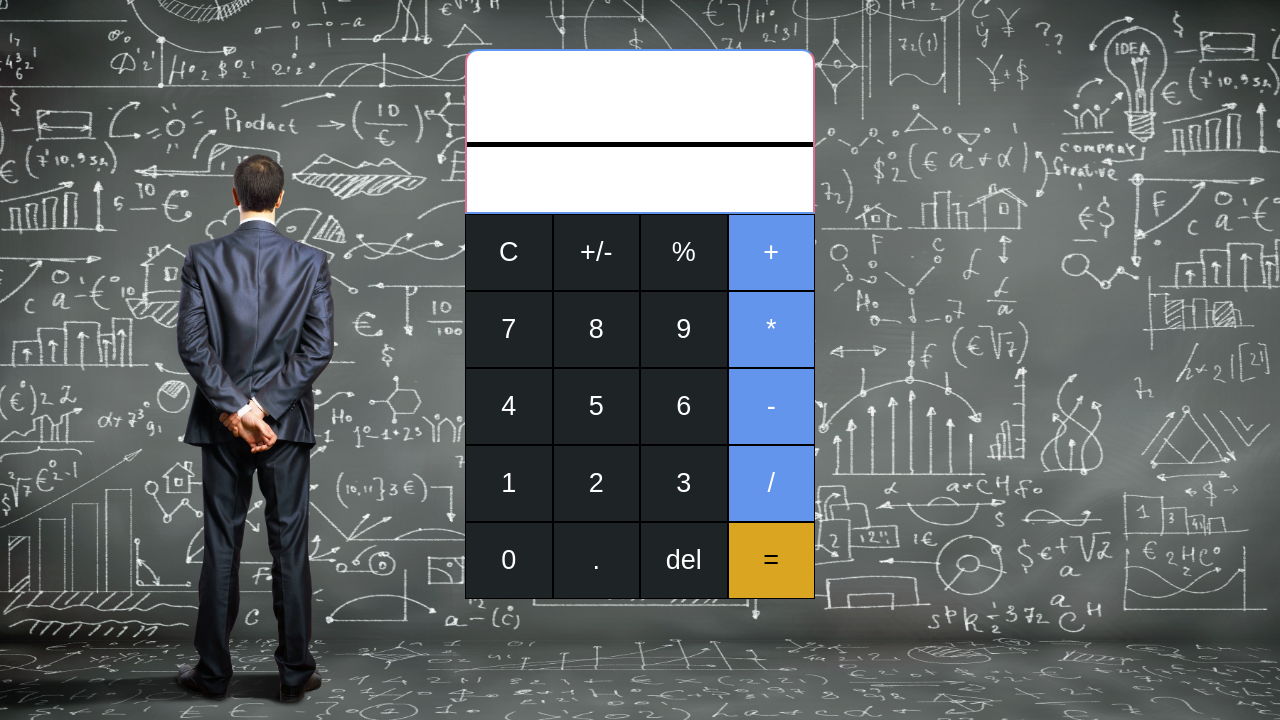
Repository: OfirLana/Calculator
Page: index.html
An editor plug-in stored every save of this project. The page is shown before and after the next save, followed by the edit.
The browser window is 1280 px wide. The pictures show the whole page.
Pictures or frames that could not be fetched are drawn as grey boxes.

Above is the page before, as saved 2019-03-19 21:19:35.

After the next save:
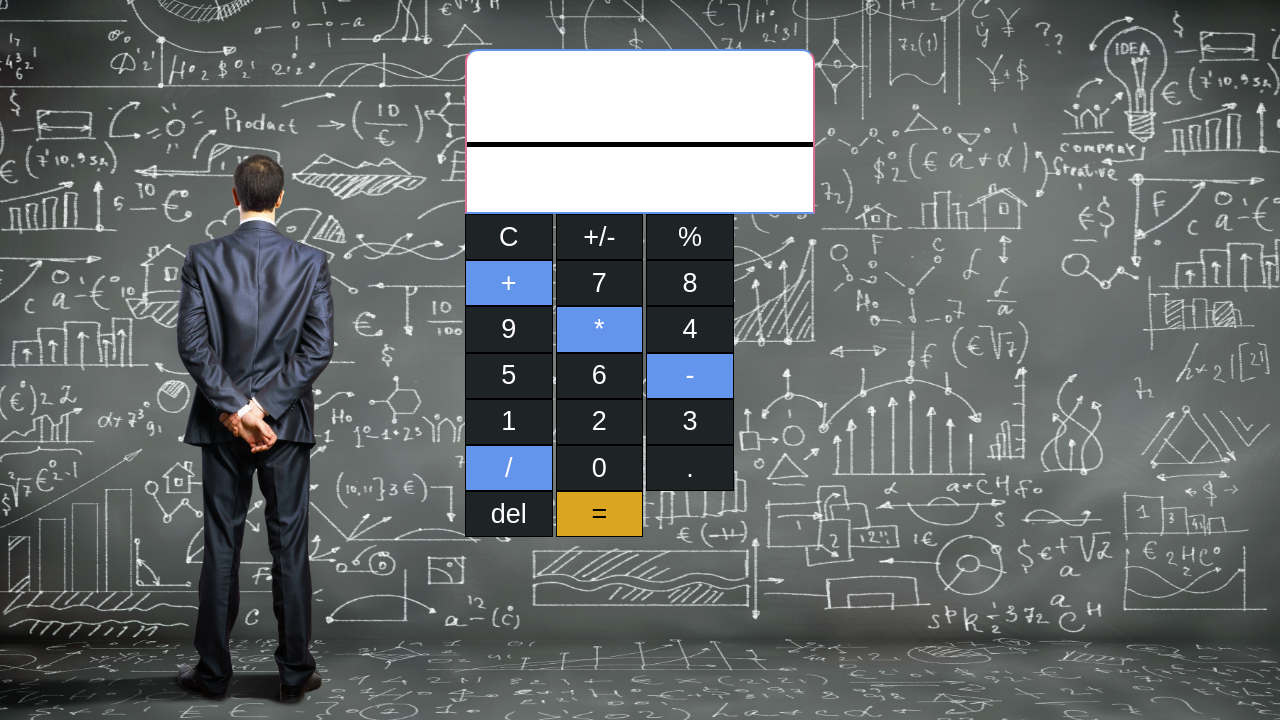
Saved 6 s later.
--- a/style.css
+++ b/style.css
@@ -82,7 +82,7 @@
     animation: text 3s 1;
     /* background:tomato; */
 }
-
+@keyframes
 .opeartor_box{
     display:flex;
     /* flex-direction: column; */

After the save that followed:
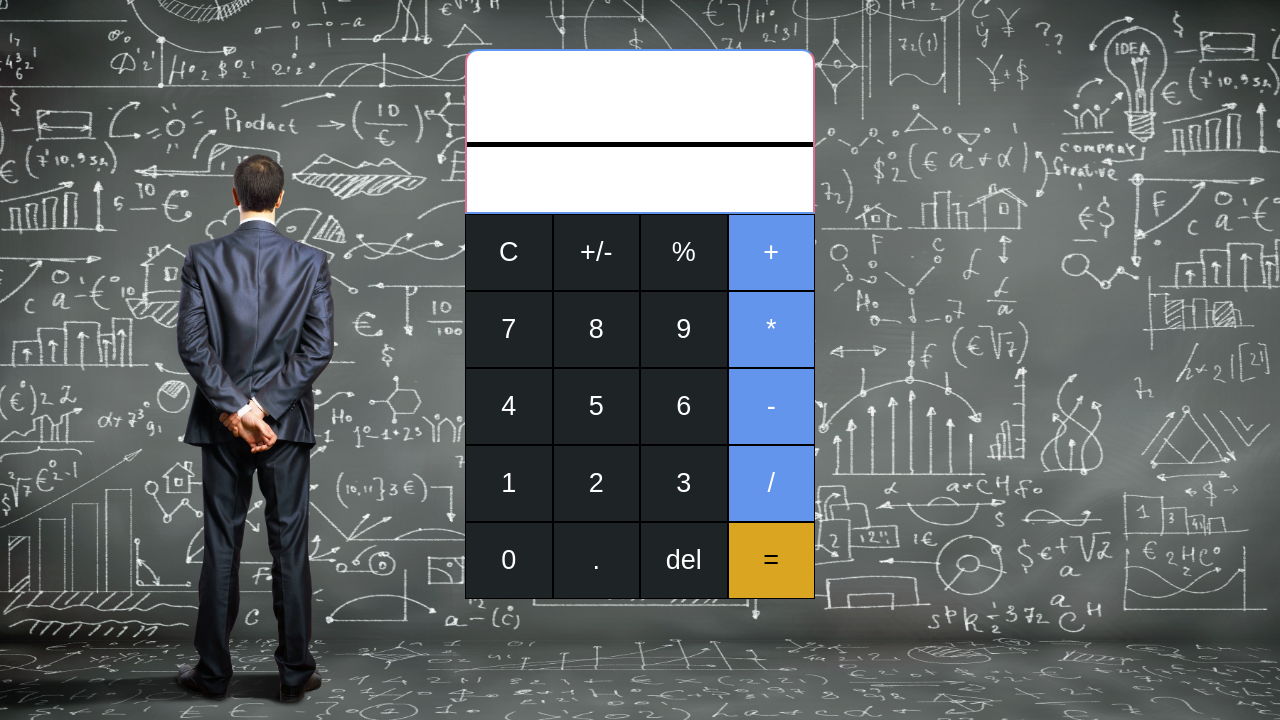
Saved 5 s later.
--- a/style.css
+++ b/style.css
@@ -82,7 +82,9 @@
     animation: text 3s 1;
     /* background:tomato; */
 }
-@keyframes
+@keyframes text {
+
+}
 .opeartor_box{
     display:flex;
     /* flex-direction: column; */
